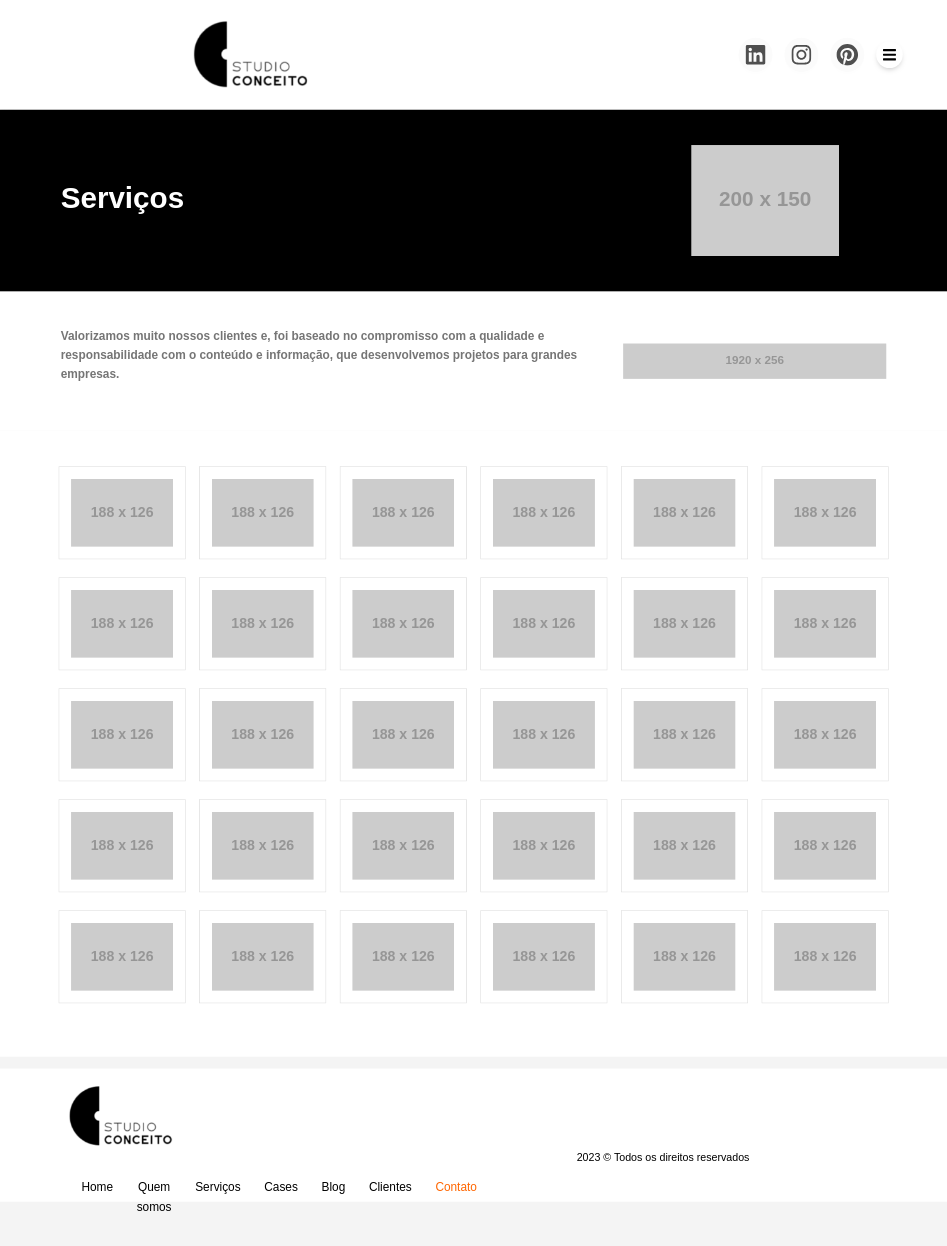
Repository: Upstairs-Agencia/studio-conceito-react
Page: /clientes
These files come from the project's save history. The page is drawn as it stood at one moment and after the next save; the edit follows.
The browser window is 1280 px wide. The pictures show the whole page, at 74% of full size.
The project was rebuilt for these pictures with package versions that can differ from the ones it lists, and the page was loaded fresh each time. Also part of the build but not shown: src/pages/Home.js, src/pages/QuemSomos.js, src/pages/Servicos.js, src/pages/Cases.js, src/pages/Blog.js, src/pages/Contato.js.

Above is the page before, as saved 2024-12-28 02:15:35.

### public/index.html
<!DOCTYPE html>
<html lang="en">
  <head>
    <meta charset="utf-8" />
    <link rel="icon" href="%PUBLIC_URL%/favicon.ico" />
    <meta name="viewport" content="width=device-width, initial-scale=1" />
    <meta name="theme-color" content="#000000" />
    <meta
      name="description"
      content="Web site created using create-react-app"
    />
    <link rel="apple-touch-icon" href="%PUBLIC_URL%/logo192.png" />
    <!--
      manifest.json provides metadata used when your web app is installed on a
      user's mobile device or desktop. See https://developers.google.com/web/fundamentals/web-app-manifest/
    -->
    <link rel="manifest" href="%PUBLIC_URL%/manifest.json" />
    <!--
      Notice the use of %PUBLIC_URL% in the tags above.
      It will be replaced with the URL of the `public` folder during the build.
      Only files inside the `public` folder can be referenced from the HTML.

      Unlike "/favicon.ico" or "favicon.ico", "%PUBLIC_URL%/favicon.ico" will
      work correctly both with client-side routing and a non-root public URL.
      Learn how to configure a non-root public URL by running `npm run build`.
    -->
    <title>Studio Conceito</title>
  </head>
  <body>
    <noscript>You need to enable JavaScript to run this app.</noscript>
    <div id="root"></div>
    <!--
      This HTML file is a template.
      If you open it directly in the browser, you will see an empty page.

      You can add webfonts, meta tags, or analytics to this file.
      The build step will place the bundled scripts into the <body> tag.

      To begin the development, run `npm start` or `yarn start`.
      To create a production bundle, use `npm run build` or `yarn build`.
    -->
  </body>
</html>

### src/index.js

import React from 'react';
import ReactDOM from 'react-dom';
import App from './App';
import 'mdb-react-ui-kit/dist/css/mdb.min.css'; // MDB styles
import './index.css'; // Global styles

ReactDOM.render(
  <React.StrictMode>
    <App />
  </React.StrictMode>,
  document.getElementById('root')
);

### src/App.js

import React from 'react';
import { BrowserRouter as Router, Routes, Route } from 'react-router-dom';
import Home from './pages/Home';
import QuemSomos from './pages/QuemSomos';
import Servicos from './pages/Servicos';
import Cases from './pages/Cases';
import Blog from './pages/Blog';
import Clientes from './pages/Clientes';
import Contato from './pages/Contato';

function App() {
  return (
    <Router>
      <Routes>
        <Route path="/" element={<Home />} />
        <Route path="/quem-somos" element={<QuemSomos />} />
        <Route path="/servicos" element={<Servicos />} />
        <Route path="/cases" element={<Cases />} />
        <Route path="/blog" element={<Blog />} />
        <Route path="/clientes" element={<Clientes />} />
        <Route path="/contato" element={<Contato />} />
      </Routes>
    </Router>
  );
}

export default App;

### src/index.css

body {
  margin: 0;
  font-family: Arial, sans-serif;
  background-color: #f4f4f4;
}

### src/pages/Clientes.js
import React from 'react';
import { MDBContainer, MDBRow, MDBCol } from 'mdb-react-ui-kit';
import Navbar from '../components/navbar';
import Footer from '../components/footer';

const Clientes = () => {
  // Array de 30 imagens placeholders para as logos
  const logos = Array.from({ length: 30 }, () => 'https://placehold.co/188x126');

  return (
    <div>
      <Navbar />
      {/* Cabeçalho semelhante ao Blog */}
      <section className="bg-black text-white py-5">
        <MDBContainer>
          <MDBRow className="align-items-center">
            <MDBCol md="6">
              <h1 className="fw-bold">Serviços</h1>
            </MDBCol>
            <MDBCol md="6" className="text-end">
              <img
                src="https://placehold.co/200x150" // Imagem para o padrão gráfico
                alt="Padrão gráfico"
                style={{ maxWidth: '200px', marginRight: '4rem' }}
              />
            </MDBCol>
          </MDBRow>
        </MDBContainer>
      </section>

      {/* Seção com texto e imagem */}
      <section className="py-5 bg-white">
        <MDBContainer>
          <MDBRow className="align-items-center">
            <MDBCol md="8">
              <p className="fw-bold text-muted">
                Valorizamos muito nossos clientes e, foi baseado no compromisso com a qualidade e responsabilidade
                com o conteúdo e informação, que desenvolvemos projetos para grandes empresas.
              </p>
            </MDBCol>
            <MDBCol md="4">
              <img
                src="https://placehold.co/1920x256"
                alt="Clientes em destaque"
                style={{ maxWidth: '100%' }}
              />
            </MDBCol>
          </MDBRow>
        </MDBContainer>
      </section>

      {/* Grid de logos */}
      <section className="py-5 bg-white">
        <MDBContainer>
          <MDBRow>
            {logos.map((logo, index) => (
              <MDBCol
                key={index}
                md="2" // 5 colunas no grid
                sm="4"
                xs="6"
                className="mb-4 d-flex justify-content-center"
              >
                <img
                  src={logo}
                  alt={`Logo ${index + 1}`}
                  style={{
                    width: '188px',
                    height: '126px',
                    backgroundColor: '#fff',
                    border: '1px solid #ddd',
                    padding: '1rem'
                  }}
                />
              </MDBCol>
            ))}
          </MDBRow>
        </MDBContainer>
      </section>

      <Footer />
    </div>
  );
};

export default Clientes;

### src/components/navbar.js
import React, { useState } from "react";

import Logo from "../images/logoBlack.png";

import {
  MDBNavbar,
  MDBNavbarBrand,
  MDBContainer,
} from "mdb-react-ui-kit";
import { FaLinkedin, FaInstagram, FaPinterest, FaBars } from "react-icons/fa";
import { IoIosClose } from "react-icons/io";
import { Link } from "react-router-dom";

import SeloGptw from "../images/selo-gptw.png";

const Navbar = () => {
  const [showMenu, setShowMenu] = useState(false);

  return (
    <>
      {/* Navbar */}
      <MDBNavbar dark bgColor="white" className="py-4 px-5">
        <MDBContainer fluid className="d-flex justify-content-between align-items-center">
          {/* Logo */}
          <MDBNavbarBrand href="#" className="ms-5">
            <img
              src={Logo}
              alt="Logo"
              style={{ maxHeight: "90px", marginLeft: "12vw"}}
            />
          </MDBNavbarBrand>

          {/* Social Icons and Menu Toggle */}
          <div className="d-flex align-items-center">
            {/* Social Icons */}
            <div className="d-flex gap-3 me-3">
              <button className="btn btn-light rounded-circle p-2">
                <FaLinkedin size={30} />
              </button>
              <button className="btn btn-light rounded-circle p-2">
                <FaInstagram size={30} />
              </button>
              <button className="btn btn-light rounded-circle p-2">
                <FaPinterest size={30} />
              </button>
            </div>

            {/* FaBars Icon for Sidebar */}
            <button
              className="btn rounded-circle p-2"
              style={{
                background: "none",
                border: "none",
                cursor: "pointer",
              }}
              onClick={() => setShowMenu(!showMenu)}
            >
              <FaBars size={20} color="black" />
            </button>
          </div>
        </MDBContainer>
      </MDBNavbar>

      {/* Sidebar Menu */}
      {showMenu && (
        <div
          className="position-fixed top-0 end-0 bg-white vh-100 vw-350 shadow-lg d-flex flex-column"
          style={{ zIndex: 1050, width: "500px" }}
        >
          <div className="d-flex justify-content-end p-3">
            {/* Close Button */}
            <button
              className="p-0"
              style={{
                background: "none",
                border: "none",
                cursor: "pointer",
              }}
              onClick={() => setShowMenu(false)}
            >
              <IoIosClose size={40} />
            </button>
          </div>





          <div className="p-4 flex-grow-1">
            {/* Menu Items */}
            <ul className="list-unstyled">
              {[
                { label: "Home", link: "/" },
                { label: "Quem somos", link: "/quem-somos" },
                { label: "Serviços", link: "/servicos" },
                { label: "Cases", link: "/cases" },
                { label: "Blog", link: "/blog" },
                { label: "Clientes", link: "/clientes" },
                { label: "Contato", link: "/contato" },
              ].map((item, index) => (
                <li key={index} className="py-2">
                  <Link
                    to={item.link}
                    className="text-decoration-none fs-6"
                    style={{
                      transition: "all 0.3s ease-in-out", // Transição suave
                      color:"black"
                    }}
                    onMouseOver={(e) => {
                      e.currentTarget.style.color = "#FF7F30"; // Altera a cor
                      e.currentTarget.style.fontWeight = "bold"; // Negrito
                    }}
                    onMouseOut={(e) => {
                      e.currentTarget.style.color = "black"; // Retorna à cor original
                      e.currentTarget.style.fontWeight = "normal"; // Retira o negrito
                    }}
                  >
                    {item.label}
                  </Link>
                </li>
              ))}
            </ul>
          </div>



          {/* Footer Section */}
          <div className="d-flex justify-content-between align-items-center px-4 pb-4">
            {/* Social Icons */}
            <div className="d-flex gap-3">
              <button className="btn btn-dark rounded-circle p-2">
                <FaLinkedin size={20} color="white" />
              </button>
              <button className="btn btn-dark rounded-circle p-2">
                <FaInstagram size={20} color="white" />
              </button>
              <button className="btn btn-dark rounded-circle p-2">
                <FaPinterest size={20} color="white" />
              </button>
            </div>

            {/* Placeholder Image */}
            <img
              src={SeloGptw}
              alt="Great Place to Work"
              style={{ maxHeight: "200px", marginBottom: "4rem" }}
            />
          </div>
        </div>
      )}
    </>
  );
};

export default Navbar;

### src/components/footer.js
import React from "react";
import { MDBFooter, MDBContainer, MDBRow, MDBCol } from "mdb-react-ui-kit";
import Logo from "../images/logoBlack.png";
import "../styles/footer.css";

const Footer = () => {
  return (
    <MDBFooter className="footer-container text-center text-white">
      <MDBContainer className="p-4 footer-content">

        <MDBRow className="content-signature">
            {/* Logo e Nome */}
            <MDBCol md="4" className="mb-4 footer-left">
                <img
                    src={Logo}
                    alt="Studio Conceito Logo"
                    className="footer-logo"
                />

                {/* Navegação */}
                <MDBCol md="4" className="mb-3 footer-center">
                    <nav className="footer-nav">
                        <a href="/">Home</a>
                        <a href="/quem-somos"> Quem somos </a>
                        <a href="/servicos">Serviços</a>
                        <a href="/cases">Cases</a>
                        <a href="/blog">Blog</a>
                        <a href="/clientes">Clientes</a>
                        <a href="/contato" className="footerHighlight">
                            Contato
                        </a>
                    </nav>
                </MDBCol>

            </MDBCol>

            {/* Direitos Reservados */}
            <MDBCol md="4" className="mb-4 footer-right">
                <p className="mb-0">2023 &copy; Todos os direitos reservados</p>
            </MDBCol>

        </MDBRow>



      </MDBContainer>
    </MDBFooter>
  );
};

export default Footer;

### src/styles/footer.css
.footer-container {
    background-color: white;
    height: 25vh !important; /* Ocupa 30% da altura da tela */
    display: flex;
    justify-content: center;
    align-items: center;
    color: black;
    font-family: Arial, sans-serif;
    margin: 1rem 0;
  }

  .footer-content {
    height: 100%; /* Garante que o conteúdo ocupe toda a altura do footer */
  }

  .content-signature{
    display: flex;
    flex-direction: row;
  }

  .footer-left {
    display: flex;
    flex-direction: column;
  }

  .footer-logo {
    max-width: 40%; /* Aumenta a imagem para 40% de seu tamanho */
    margin-bottom: 10px;
  }


  .footer-center {
    text-align: center;
    margin: 2rem 0;
  }

  .footer-nav{
    display: flex;
    flex-direction: row;
    justify-content: space-around;
    width:35vw;

  }

  .footerHighlight {
    color: #ff6600 !important;
  }

  .footer-nav a {
    margin: 1px 1rem;
    text-decoration: none;
    color: #000;
    font-size: 1rem;
    transition: color 0.3s ease;
  }

  .footer-nav a:hover {
    color: #ff6600;
  }



  .footer-right {
    text-align: center;
    display: flex;
    justify-content: center;
    align-items: center;
    margin-left: 20vw;
    font-size: 0.9rem;
    color: #000;
  }

After the next save:
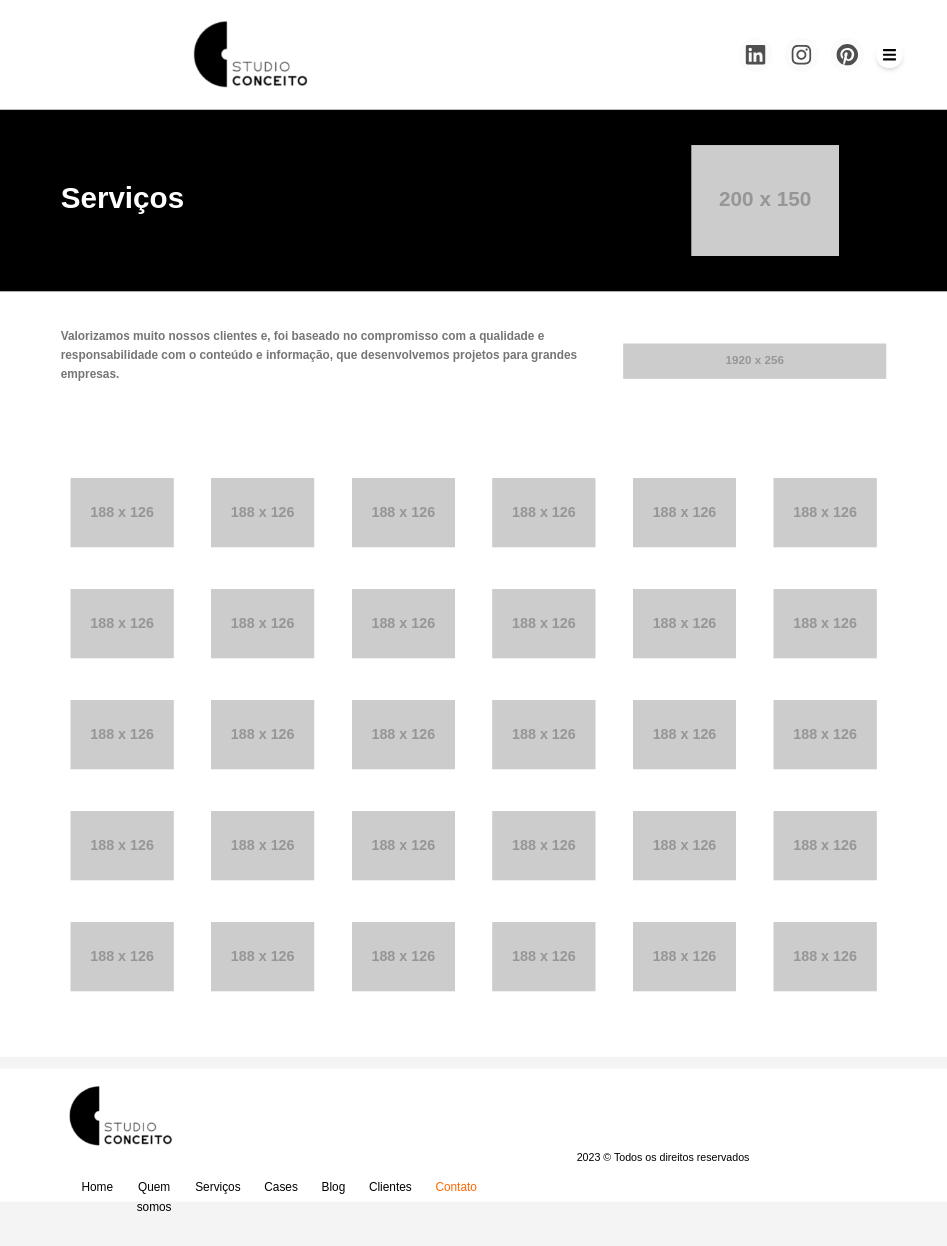
Saved 12 s later.
--- a/src/pages/Clientes.js
+++ b/src/pages/Clientes.js
@@ -68,7 +68,7 @@ const Clientes = () => {
                     width: '188px',
                     height: '126px',
                     backgroundColor: '#fff',
-                    border: '1px solid #ddd',
+                    border: 'none',
                     padding: '1rem'
                   }}
                 />
